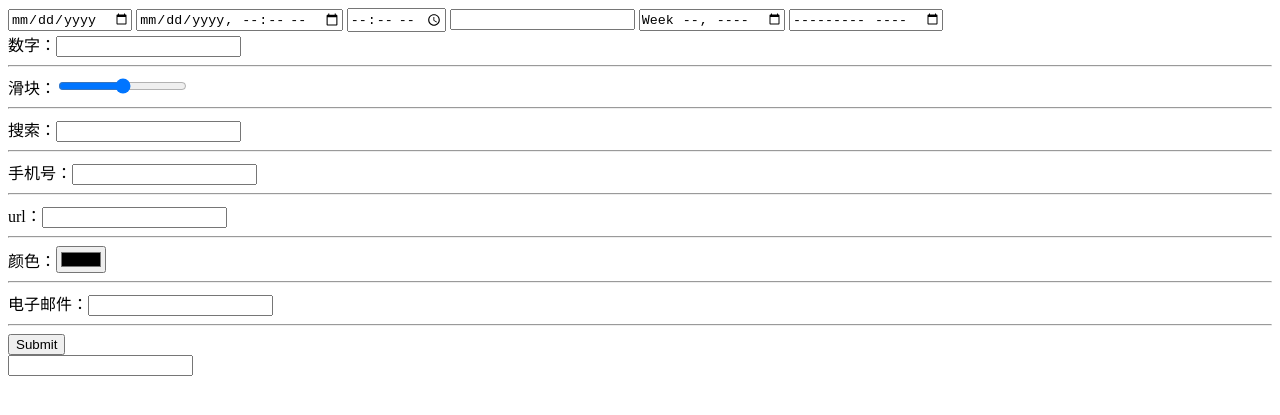
Repository: WKYQAQ/LX
Page: day03_form2.html
The author's editor kept a copy of each file at every save. The page is drawn from the files as they stood at one save, then again after the next save.
The browser window is 1280 px wide. The pictures show the whole page.

Above is the page before, as saved 2020-07-23 10:18:21.

### day03_form2.html
<!DOCTYPE html>
<html lang="en">
<head>
    <meta charset="UTF-8">
    <meta name="viewport" content="width=device-width, initial-scale=1.0">
    <title>Document</title>
</head>
<body>
    <!--日期控件-->
    <input type="date"/>
    <input type="datetime-local"/>
    <input type="time"/>
    <input type="datetime"/>
    <input type="week"/>
    <input type="month"/>
    <!--其他补充控件-->
    <form action="a1.php">
        数字：<input type="number"/><hr />
        滑块：<input type="range"/><hr />
        搜索：<input type="search"/><hr />
        手机号：<input type="tel"/><hr />
        url：<input type="url"/><hr />
        颜色：<input type="color"/><hr />
        电子邮件：<input type="email"/><hr />
        <input type="submit" formaction="a2.php" formmethod=""><!--可以改变提交的地址-->
    </form>
    <input type="text" form="a1">
</body>
</html>

After the next save:
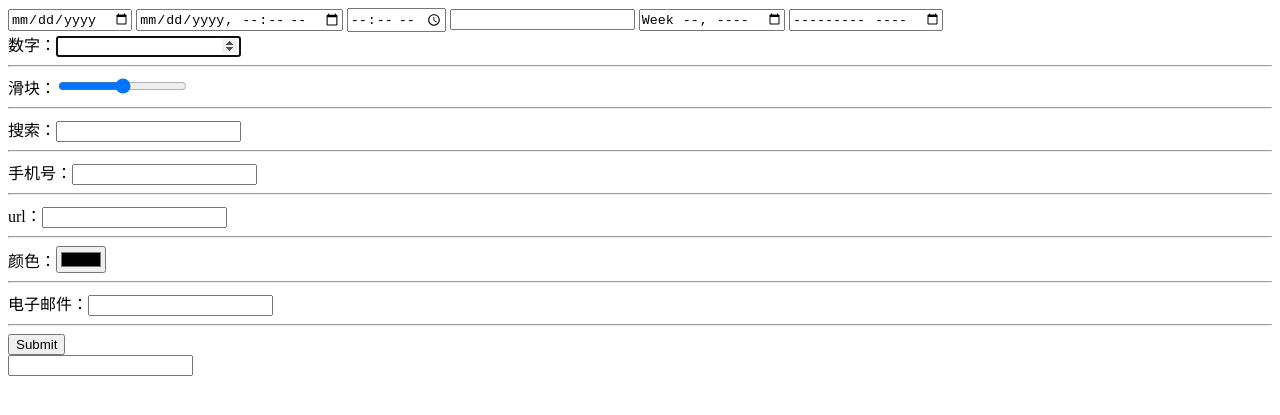
Saved 3 min 11 s later.
--- a/day03_form2.html
+++ b/day03_form2.html
@@ -15,10 +15,10 @@
     <input type="month"/>
     <!--其他补充控件-->
     <form action="a1.php">
-        数字：<input type="number"/><hr />
+        数字：<input type="number" autofocus/><hr />
         滑块：<input type="range"/><hr />
         搜索：<input type="search"/><hr />
-        手机号：<input type="tel"/><hr />
+        手机号：<input type="tel" pattern="\d{11}"/><hr />
         url：<input type="url"/><hr />
         颜色：<input type="color"/><hr />
         电子邮件：<input type="email"/><hr />
